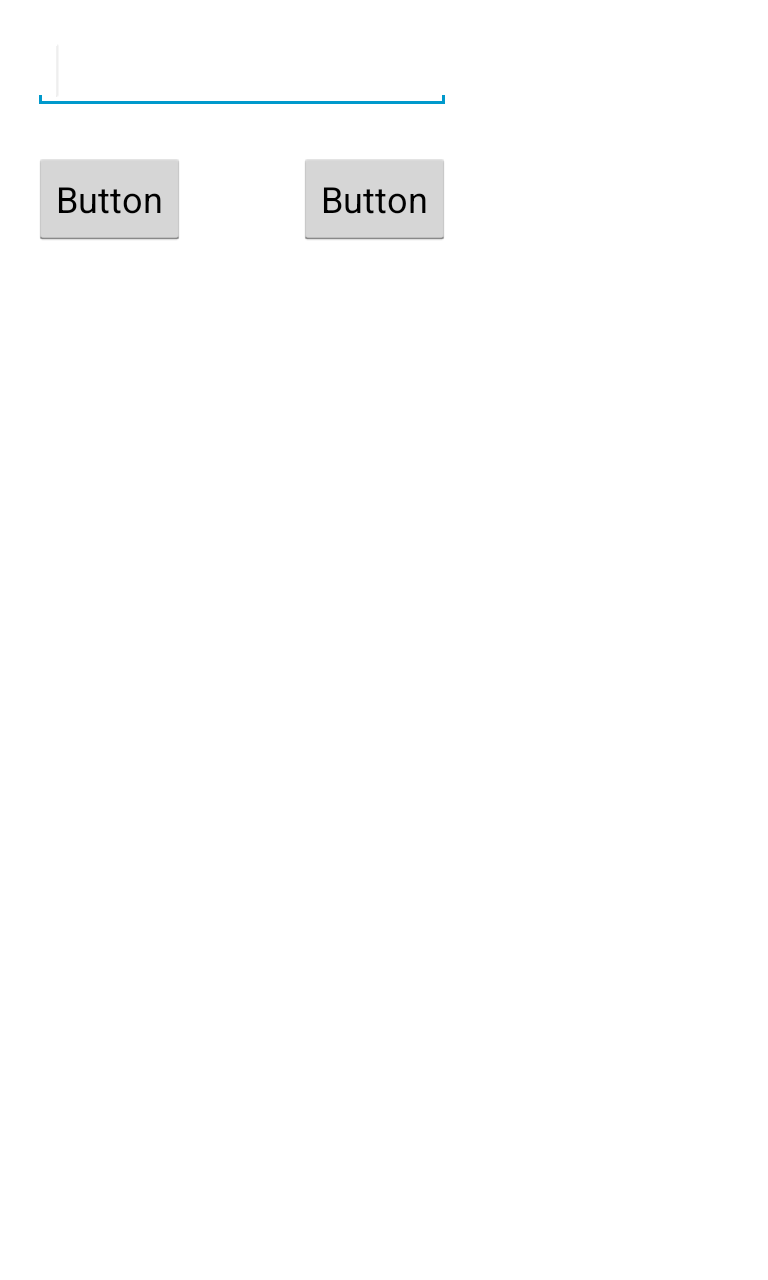
Repository: sstevenmr/SP-Galileo
Layout: Demo/res/layout/activity_main.xml
These files come from the project's save history. The layout is drawn as it stood at one moment and after the next save; the edit follows.
It is drawn on a 768 x 1280 px phone screen (xhdpi) without system bars, with theme AppTheme; the app's code is not run.

Above is the layout before, as saved 2014-01-23 23:20:27.

### Demo/res/layout/activity_main.xml
<RelativeLayout xmlns:android="http://schemas.android.com/apk/res/android"
    xmlns:tools="http://schemas.android.com/tools"
    android:layout_width="match_parent"
    android:layout_height="match_parent"
    android:paddingBottom="@dimen/activity_vertical_margin"
    android:paddingLeft="@dimen/activity_horizontal_margin"
    android:paddingRight="@dimen/activity_horizontal_margin"
    android:paddingTop="@dimen/activity_vertical_margin"
    tools:context=".MainActivity" >

    <EditText
        android:id="@+id/editText1"
        android:layout_width="wrap_content"
        android:layout_height="wrap_content"
        android:layout_alignParentLeft="true"
        android:layout_alignParentTop="true"
        android:inputType="text"
        android:ems="10" >

        <requestFocus />
    </EditText>

    <Button
        android:id="@+id/button2"
        android:layout_width="wrap_content"
        android:layout_height="wrap_content"
        android:layout_alignBottom="@+id/button1"
        android:layout_alignRight="@+id/editText1"
        android:text="Button" />

    <Button
        android:id="@+id/button1"
        android:layout_width="wrap_content"
        android:layout_height="wrap_content"
        android:layout_alignLeft="@+id/editText1"
        android:layout_below="@+id/editText1"
        android:layout_marginTop="20dp"
        android:text="Button" />

</RelativeLayout>

Loaded but not shown: Demo/res/values/styles.xml (common file); Demo/res/values-v11/styles.xml (common file); Demo/res/values-v14/styles.xml (common file); Demo/res/values/dimens.xml (common file)

After the next save:
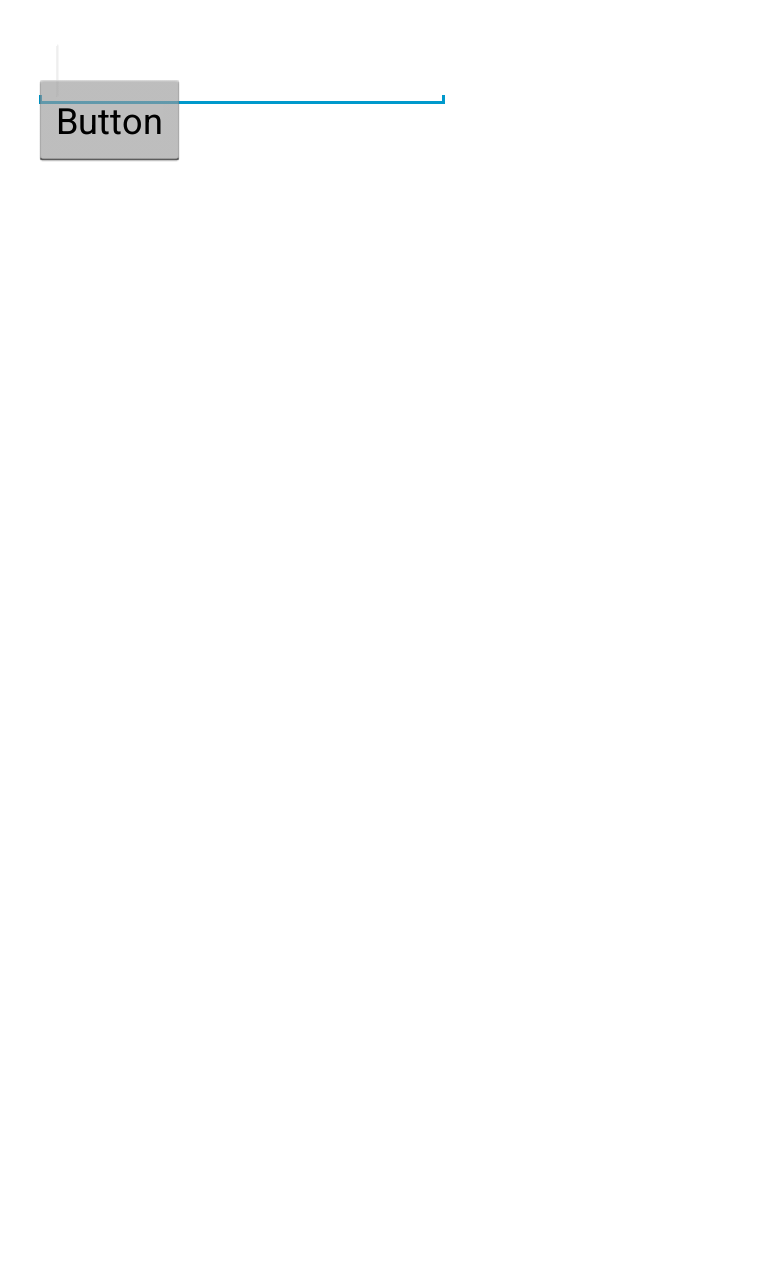
Saved 48 s later.
--- a/Demo/res/layout/activity_main.xml
+++ b/Demo/res/layout/activity_main.xml
@@ -9,7 +9,7 @@
     tools:context=".MainActivity" >
 
     <EditText
-        android:id="@+id/editText1"
+        android:id="@+id/editTextSearchQuery"
         android:layout_width="wrap_content"
         android:layout_height="wrap_content"
         android:layout_alignParentLeft="true"

After the save that followed:
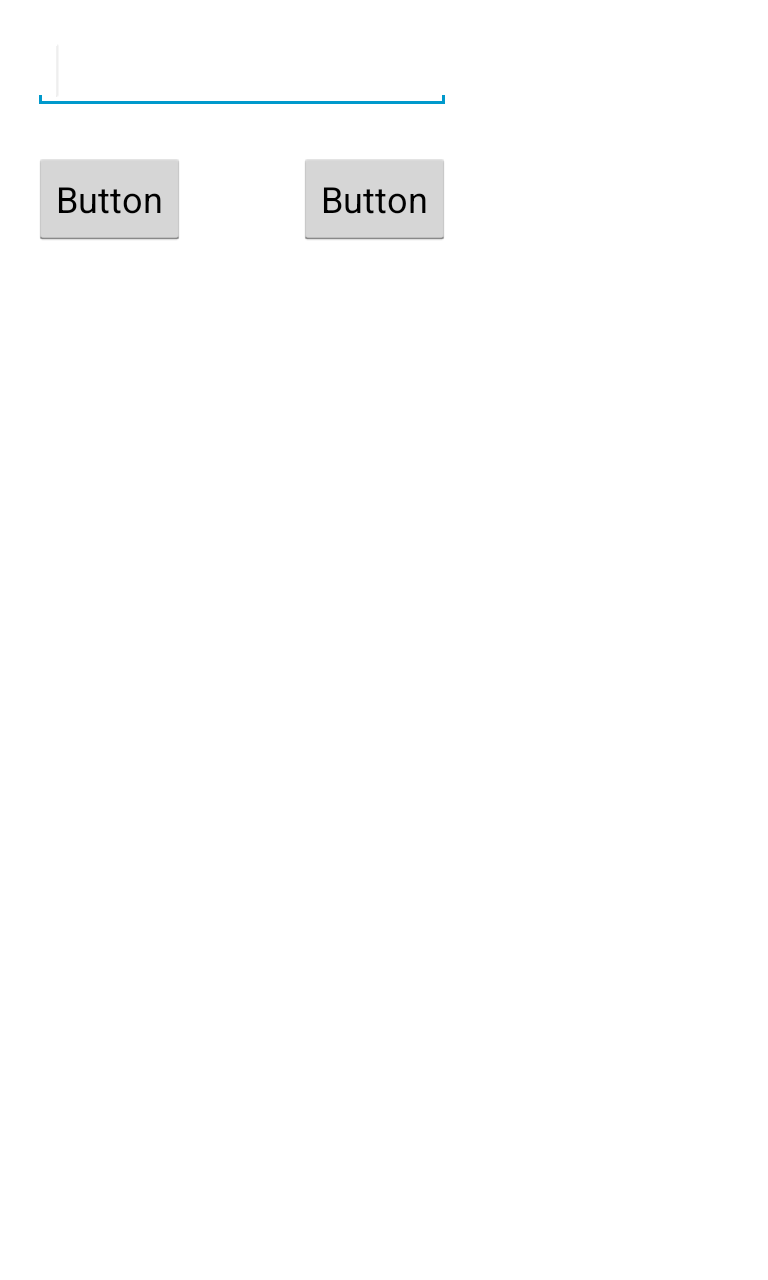
Saved 19 s later.
--- a/Demo/res/layout/activity_main.xml
+++ b/Demo/res/layout/activity_main.xml
@@ -25,15 +25,15 @@
         android:layout_width="wrap_content"
         android:layout_height="wrap_content"
         android:layout_alignBottom="@+id/button1"
-        android:layout_alignRight="@+id/editText1"
+        android:layout_alignRight="@+id/editTextSearchQuery"
         android:text="Button" />
 
     <Button
         android:id="@+id/button1"
         android:layout_width="wrap_content"
         android:layout_height="wrap_content"
-        android:layout_alignLeft="@+id/editText1"
-        android:layout_below="@+id/editText1"
+        android:layout_alignLeft="@+id/editTextSearchQuery"
+        android:layout_below="@+id/editTextSearchQuery"
         android:layout_marginTop="20dp"
         android:text="Button" />
 
